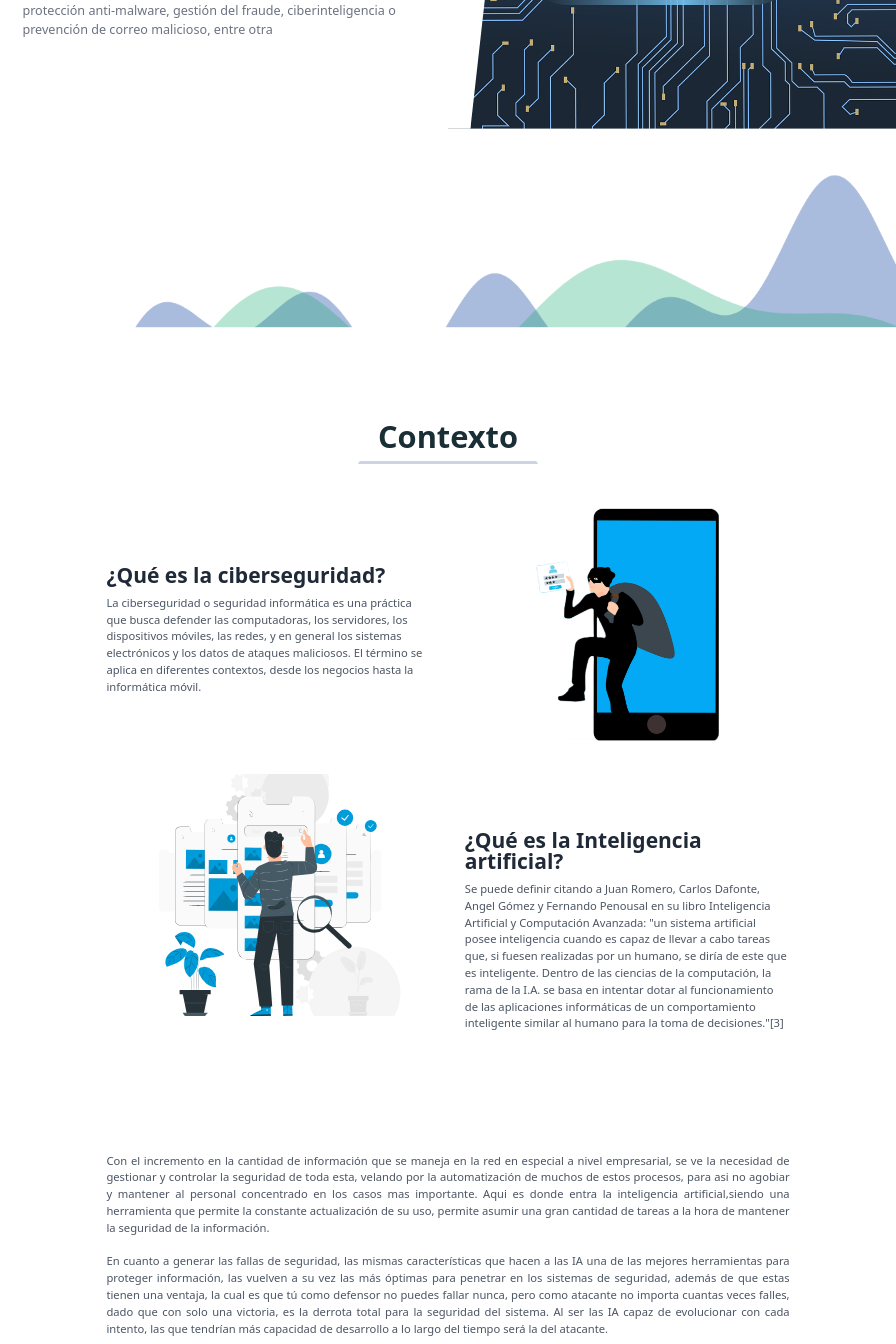
Repository: cardacar/fdi-2022
Page: /
These files come from the project's save history. The page is drawn as it stood at one moment and after the next save; the edit follows.
The browser window is 1280 px wide. The pictures show the part of the page from y = 674 to 2594 px (the page is 5482 px tall before and 5042 px after), at 70% of full size.
The project was rebuilt for these pictures with package versions that can differ from the ones it lists, and the page was loaded fresh each time. The framework's server and built-in components were replaced by stand-ins that run in the browser. Also part of the build but not shown: next.config.js.

Above is the page before, as saved 2022-08-07 16:12:03.

### src/pages/index.tsx
import React from 'react';

import About from '../components/About';
import Canvas from '../components/Canvas';
import Features from '../components/Features';
import Header from '../components/Header';
import LazyShow from '../components/LazyShow';
import MainHero from '../components/MainHero';
import MainHeroImage from '../components/MainHeroImage';
import Pricing from '../components/Pricing';
import Product from '../components/Product';
import Necesidad from '../components/Necesidad';

const App = () => {
  return (
    <div className={`bg-background grid gap-y-16 overflow-hidden`}>
      <div className={`relative bg-background`}>
        <div className="max-w-7xl mx-auto">
          <div
            className={`relative z-10 pb-8 bg-background sm:pb-16 md:pb-20 lg:max-w-2xl lg:w-full lg:pb-28 xl:pb-32`}
          >
            <Header />
            <MainHero />
          </div>
        </div>
        <MainHeroImage />
      </div>
      <Canvas />
      <LazyShow>
        <>
          <Product />
          <Canvas />
        </>
      </LazyShow>
      <LazyShow>
        <>
          <Features />
          <Canvas />
        </>
      </LazyShow>
      <LazyShow>
        <>
          <Necesidad />
          <Canvas />
        </>
      </LazyShow>

      <LazyShow>
        <Pricing />
      </LazyShow>
      <LazyShow>
        <>
          <Canvas />
          <About />
        </>
      </LazyShow>
    </div>
  );
};

export default App;

### src/styles/main.css
@tailwind base;
@tailwind components;
@tailwind utilities;


:root {
  --color-primary: #11626D;
  --color-secondary: #1F9BAD;
  --color-tertiaty: #99a0a3;
}

a {
  @apply text-blue-800;
}

a:hover {
  @apply border-b-2 border-blue-900;
}



.content p {
  @apply my-6;
}

.content ul {
  @apply my-6;
}

### src/utils/AppConfig.ts
export const AppConfig = {
  site_name: 'FDICIA',
  title: 'Cómo influye la Inteligencia Artificial a la ciberseguridad en las empresas Colombianas',
  description: '',
  locale: 'es',
};

### src/components/About.tsx
import React from 'react';

import config from '../config/index.json';

const About = () => {
  const { company } = config;
  const { logo, name: companyName } = company;


  return (
    <div
      id="about"
      className="mx-auto container xl:px-20 lg:px-12 sm:px-6 px-4 py-12"
    >
      <div className="flex flex-col items-center justify-center">
        <div>
          <img src={logo} alt={companyName} className="w-16 h-16" style={{color: 'red'}}/>
        </div>
        <div className="flex items-center mt-6">
          <p className="mt-6 text-xs lg:text-sm leading-none text-gray-900 dark:text-gray-50">
            &copy; {new Date().getFullYear()} Diseñado por{' '}
            <a href="#" rel="nofollow">
              Equipo de Fundamentos de investigación
            </a>
          </p>
        </div>
      </div>
    </div>
  );
};
export default About;

### src/components/Canvas.tsx
import { useRef, FC, useEffect, useState } from 'react';

import { CanvasContext } from '../hooks/useCanvas';
import useResponsiveSize from '../hooks/useResponsiveSize';
import Wave from './Wave';

const Canvas: FC = () => {
  const canvasRef = useRef<HTMLCanvasElement>(null);
  const { width } = useResponsiveSize();
  const [context, setContext] = useState<
    CanvasRenderingContext2D | undefined
  >();

  useEffect(() => {
    const ctx = canvasRef?.current?.getContext('2d');
    if (ctx) setContext(ctx);
  }, []);

  return (
    <>
      <CanvasContext.Provider value={{ context }}>
        <canvas id="canvas" ref={canvasRef} width={width} height={220}></canvas>
        <Wave />
      </CanvasContext.Provider>
    </>
  );
};

export default Canvas;

### src/components/Features.tsx
import React from 'react';

import config from '../config/index.json';

const Features = () => {
  const { features } = config;
  const { title, subtitle, description, items: featuresList } = features;
  return (
    <div className={`py-12 bg-background`} id="features">
      <div className="max-w-7xl mx-auto px-4 sm:px-6 lg:px-8">
        <div className="lg:text-center">
          <h2
            className={`text-base text-primary font-semibold tracking-wide uppercase`}
          >
            {title}
          </h2>
          <p className="mt-2 text-3xl leading-8 font-extrabold tracking-tight text-gray-900 sm:text-4xl">
            {subtitle}
          </p>
          <p className="mt-4 max-w-2xl text-xl text-gray-500 lg:mx-auto">
            {description}
          </p>
        </div>

        <div className="mt-10">
          <dl className="space-y-10 md:space-y-0 md:grid md:grid-cols-2 md:gap-x-8 md:gap-y-10">
            {featuresList.map((feature) => (
              <div key={feature.name} className="relative">
                <dt>
                  <div
                    className={`absolute flex items-center justify-center h-12 w-12 rounded-md bg-background text-tertiary border-primary border-4`}
                  >
                    <img
                      className={`inline-block h-6 w-6`}
                      src={feature.icon}
                      alt={feature.name}
                    />
                  </div>
                  <p className="ml-16 text-lg leading-6 font-medium text-gray-900">
                    {feature.name}
                  </p>
                </dt>
                <dd className="mt-2 ml-16 text-base text-gray-500">
                  {feature.description}
                </dd>
              </div>
            ))}
          </dl>
        </div>
      </div>
    </div>
  );
};

export default Features;

### src/components/Header.tsx
import React, { Fragment } from 'react';

import { Popover, Transition } from '@headlessui/react';
import { MenuIcon, XIcon } from '@heroicons/react/outline';
import { Link } from 'react-scroll';

import config from '../config/index.json';

const Menu = () => {
  const { navigation, company } = config;
  const { name: companyName, logo } = company;

  return (
    <>
      <svg
        className={`hidden lg:block absolute right-0 inset-y-0 h-full w-48 text-background transform translate-x-1/2`}
        fill="currentColor"
        viewBox="0 0 100 100"
        preserveAspectRatio="none"
        aria-hidden="true"
      >
        <polygon points="50,0 100,0 50,100 0,100" />
      </svg>

      <Popover>
        <div className="relative pt-6 px-4 sm:px-6 lg:px-8">
          <nav
            className="relative flex items-center justify-between sm:h-10 lg:justify-start"
            aria-label="Global"
          >
            <div className="flex items-center flex-grow flex-shrink-0 lg:flex-grow-0">
              <div className="flex items-center justify-between w-full md:w-auto">
                <a href="#">
                  <span className="sr-only">{companyName}</span>
                  <img alt="logo" className="h-16 w-auto sm:h-16" src={logo} />
                </a>
                <div className="-mr-2 flex items-center md:hidden">
                  <Popover.Button
                    className={`bg-background rounded-md p-2 inline-flex items-center justify-center text-gray-400 hover:text-gray-500 hover:bg-gray-100 focus:outline-none focus:ring-2 focus:ring-inset focus:ring-secondary`}
                  >
                    <span className="sr-only">Open main menu</span>
                    <MenuIcon className="h-6 w-6" aria-hidden="true" />
                  </Popover.Button>
                </div>
              </div>
            </div>
            <div className="hidden md:block md:ml-10 md:pr-4 md:space-x-8">
              {navigation.map((item) => (
                <Link
                  spy={true}
                  active="active"
                  smooth={true}
                  duration={1000}
                  key={item.name}
                  to={item.href}
                  className="font-medium text-gray-500 hover:text-gray-900"
                >
                  {item.name}
                </Link>
              ))}
            </div>
          </nav>
        </div>

        <Transition
          as={Fragment}
          enter="duration-150 ease-out"
          enterFrom="opacity-0 scale-95"
          enterTo="opacity-100 scale-100"
          leave="duration-100 ease-in"
          leaveFrom="opacity-100 scale-100"
          leaveTo="opacity-0 scale-95"
        >
          <Popover.Panel
            focus
            className="absolute z-10 top-0 inset-x-0 p-2 transition transform origin-top-right md:hidden"
          >
            <div
              className={`rounded-lg shadow-md bg-background ring-1 ring-black ring-opacity-5 overflow-hidden`}
            >
              <div className="px-5 pt-4 flex items-center justify-between">
                <div>
                  <img className="h-8 w-auto" src={logo} alt="" />
                </div>
                <div className="-mr-2">
                  <Popover.Button
                    className={`bg-background rounded-md p-2 inline-flex items-center justify-center text-gray-400 hover:text-gray-500 hover:bg-gray-100 focus:outline-none focus:ring-2 focus:ring-inset focus:ring-secondary`}
                  >
                    <span className="sr-only">Close main menu</span>
                    <XIcon className="h-6 w-6" aria-hidden="true" />
                  </Popover.Button>
                </div>
              </div>
              <div className="px-2 pt-2 pb-3 space-y-1">
                {navigation.map((item) => (
                  <Link
                    spy={true}
                    active="active"
                    smooth={true}
                    duration={1000}
                    key={item.name}
                    to={item.href}
                    className="block px-3 py-2 rounded-md text-base font-medium text-gray-700 hover:text-gray-900 hover:bg-gray-50"
                  >
                    {item.name}
                  </Link>
                ))}
              </div>

            </div>
          </Popover.Panel>
        </Transition>
      </Popover>
    </>
  );
};

export default Menu;

### src/components/LazyShow.tsx
import React, { MutableRefObject, useEffect, useRef, useState } from 'react';

import { motion, useAnimation } from 'framer-motion';

function useOnScreen(
  ref: MutableRefObject<HTMLDivElement | null>,
  rootMargin = '0px'
) {
  const [isIntersecting, setIntersecting] = useState(false);

  useEffect(() => {
    let currentRef: any = null;
    const observer = new IntersectionObserver(
      ([entry]) => {
        if (entry?.isIntersecting) setIntersecting(entry?.isIntersecting);
      },
      {
        rootMargin,
      }
    );
    if (ref && ref?.current) {
      currentRef = ref.current;
      observer.observe(currentRef);
    }
    return () => {
      observer.unobserve(currentRef);
    };
  }, [ref, rootMargin]); // Empty array ensures that effect is only run on mount and unmount

  return isIntersecting;
}

const LazyShow = ({ children }: { children: React.ReactChild }) => {
  const controls = useAnimation();
  const rootRef = useRef<HTMLDivElement>(null);
  const onScreen = useOnScreen(rootRef);
  useEffect(() => {
    if (onScreen) {
      controls.start({
        x: 0,
        opacity: 1,
        transition: {
          duration: 0.5,
          ease: 'easeOut',
        },
      });
    }
  }, [onScreen, controls]);
  return (
    <motion.div
      className="lazy-div"
      ref={rootRef}
      initial={{ opacity: 0, x: -50 }}
      animate={controls}
    >
      {children}
    </motion.div>
  );
};

export default LazyShow;

### src/components/MainHero.tsx
import React from 'react';

import config from '../config/index.json';

const MainHero = () => {
  const { mainHero } = config;
  return (
    <main className="mt-10 mx-auto max-w-7xl px-4 sm:mt-12 sm:px-6 md:mt-16 lg:mt-20 lg:px-8 xl:mt-28">
      <div className="sm:text-center lg:text-left">
        <h1 className="text-4xl tracking-tight font-extrabold text-gray-900 sm:text-5xl md:text-6xl">
          <span className="block xl:inline">{mainHero.title}</span>{' '}
          <span className={`block text-primary xl:inline`}>
            {mainHero.subtitle}
          </span>
        </h1>
        <p className="mt-3 text-base text-gray-500 sm:mt-5 sm:text-lg sm:max-w-xl sm:mx-auto md:mt-5 md:text-xl lg:mx-0">
          {mainHero.description}
        </p>
      </div>
    </main>
  );
};

export default MainHero;

### src/components/Product.tsx
import React from "react";

import config from "../config/index.json";
import Divider from "./Divider";

const Product = () => {
  const { product } = config;
  const [firstItem, secondItem] = product.items;

  return (
    <section className={`bg-background py-8`} id="product">
      <div className={`container max-w-5xl mx-auto m-8`}>
        <h1
          className={`w-full my-2 text-5xl font-bold leading-tight text-center text-primary`}
        >
          {product.title.split(" ").map((word, index) => (
            <span
              key={index}
              className={index % 2 ? "text-primary" : "text-border"}
            >
              {word}{" "}
            </span>
          ))}
        </h1>
        <Divider />
        <div className={`flex flex-wrap`}>
          <div className={`w-5/6 sm:w-1/2 p-6 mt-20`}>
            <h3
              className={`text-3xl text-gray-800 font-bold leading-none mb-3`}
            >
              {firstItem?.title}
            </h3>
            <p className={`text-gray-600`}>{firstItem?.description}</p>
          </div>
          <div className={`w-full sm:w-1/2 p-6`}>
            <img
              className="h-6/6"
              src={firstItem?.img}
              alt={firstItem?.title}
            />
          </div>
        </div>
        <div className={`flex flex-wrap flex-col-reverse sm:flex-row`}>
          <div className={`w-full sm:w-1/2 p-6`}>
            <img
              className="h-6/6"
              src={secondItem?.img}
              alt={secondItem?.title}
            />
          </div>
          <div className={`w-full sm:w-1/2 p-6 mt-20`}>
            <div className={`align-middle`}>
              <h3
                className={`text-3xl text-gray-800 font-bold leading-none mb-3`}
              >
                {secondItem?.title}
              </h3>
              <p className={`text-gray-600 mb-8`}>{secondItem?.description}</p>
            </div>
          </div>
          <div className={`w-full p-6 mt-20 text-center`}>
            <div className={`align-middle`}>
              <h3
                className={`text-3xl text-gray-800 font-bold leading-none mb-3`}
              >
              </h3>
              <p className={`text-gray-600 mb-8 text-justify`}>
                Con el incremento en la cantidad de información que se maneja en
                la red en especial a nivel empresarial, se ve la necesidad de
                gestionar y controlar la seguridad de toda esta, velando por la
                automatización de muchos de estos procesos, para asi no agobiar
                y mantener al personal concentrado en los casos mas importante.
                Aqui es donde entra la inteligencia artificial,siendo una
                herramienta que permite la constante actualización de su uso,
                permite asumir una gran cantidad de tareas a la hora de mantener
                la seguridad de la información.<br></br><br></br> En cuanto a generar las fallas
                de seguridad, las mismas características que hacen a las IA una
                de las mejores herramientas para proteger información, las
                vuelven a su vez las más óptimas para penetrar en los sistemas
                de seguridad, además de que estas tienen una ventaja, la cual es
                que tú como defensor no puedes fallar nunca, pero como atacante
                no importa cuantas veces falles, dado que con solo una victoria,
                es la derrota total para la seguridad del sistema. Al ser las IA
                capaz de evolucionar con cada intento, las que tendrían más
                capacidad de desarrollo a lo largo del tiempo será la del
                atacante.
              </p>
            </div>
          </div>
        </div>
      </div>
    </section>
  );
};

export default Product;

### src/components/Necesidad.tsx
import React from 'react';

import config from '../config/index.json';

const Necesidad = () => {
  const { Necesidad } = config;
  const { title, subtitle, description, items: featuresList } = Necesidad;
  return (
    <div className={`py-12 bg-background`} id="necesidad">
      <div className="max-w-7xl mx-auto px-4 sm:px-6 lg:px-8">
        <div className="lg:text-center">
          <h2
            className={`text-base text-primary font-semibold tracking-wide uppercase`}
          >
            {title}
          </h2>
          <p className="mt-2 text-3xl leading-8 font-extrabold tracking-tight text-gray-900 sm:text-4xl">
            {subtitle}
          </p>
          <p className="mt-4 max-w-2xl text-xl text-gray-500 lg:mx-auto">
            {description}
          </p>
        </div>

        <div className="mt-10">
          <dl className="space-y-10 md:space-y-0 md:grid md:grid-cols-2 md:gap-x-8 md:gap-y-10">
            {featuresList.map((feature) => (
              <div key={feature.name} className="relative">
                <dt>
                  <p className="ml-16 text-lg leading-6 font-medium text-gray-900">
                    {feature.name}
                  </p>
                </dt>
                <dd className="mt-2 ml-16 text-base text-gray-500">
                  {feature.description}
                </dd>
              </div>
            ))}
          </dl>
        </div>
      </div>
    </div>
  );
};

export default Necesidad;

### src/components/Wave.tsx
import { FC } from 'react';

import { useCanvasContext } from '../hooks/useCanvas';
import useResponsiveSize from '../hooks/useResponsiveSize';
import WaveObj from '../utils/wave';

const Wave: FC = () => {
  const { context } = useCanvasContext();
  const { width } = useResponsiveSize();
  const height = 600;
  let frequency = 0.013;
  const waves = {
    frontWave: new WaveObj([0.0211, 0.028, 0.015], 'rgb(44, 89, 171, 0.4)'),
    backWave: new WaveObj([0.0122, 0.018, 0.005], 'rgb(17, 169, 111, 0.3)'),
  };

  const render = () => {
    context?.clearRect(0, 0, width, height);
    Object.entries(waves).forEach(([, wave]) => {
      wave.draw(context!, width, height, frequency);
    });
    frequency += 0.013;
    requestAnimationFrame(render);
  };
  if (context) render();
  return null;
};

export default Wave;

Loaded but not shown: src/pages/_app.tsx (common file); src/pages/_document.tsx (common file); src/components/MainHeroImage.tsx (common file); src/hooks/useCanvas.ts (common file); src/hooks/useResponsiveSize.ts (common file); src/components/Divider.tsx (common file); src/utils/wave.ts (common file); src/config/index.json (126 lines, source omitted); tailwind.config.js (46 lines, source omitted); src/components/Pricing.tsx (156 lines, source omitted)

After the next save:
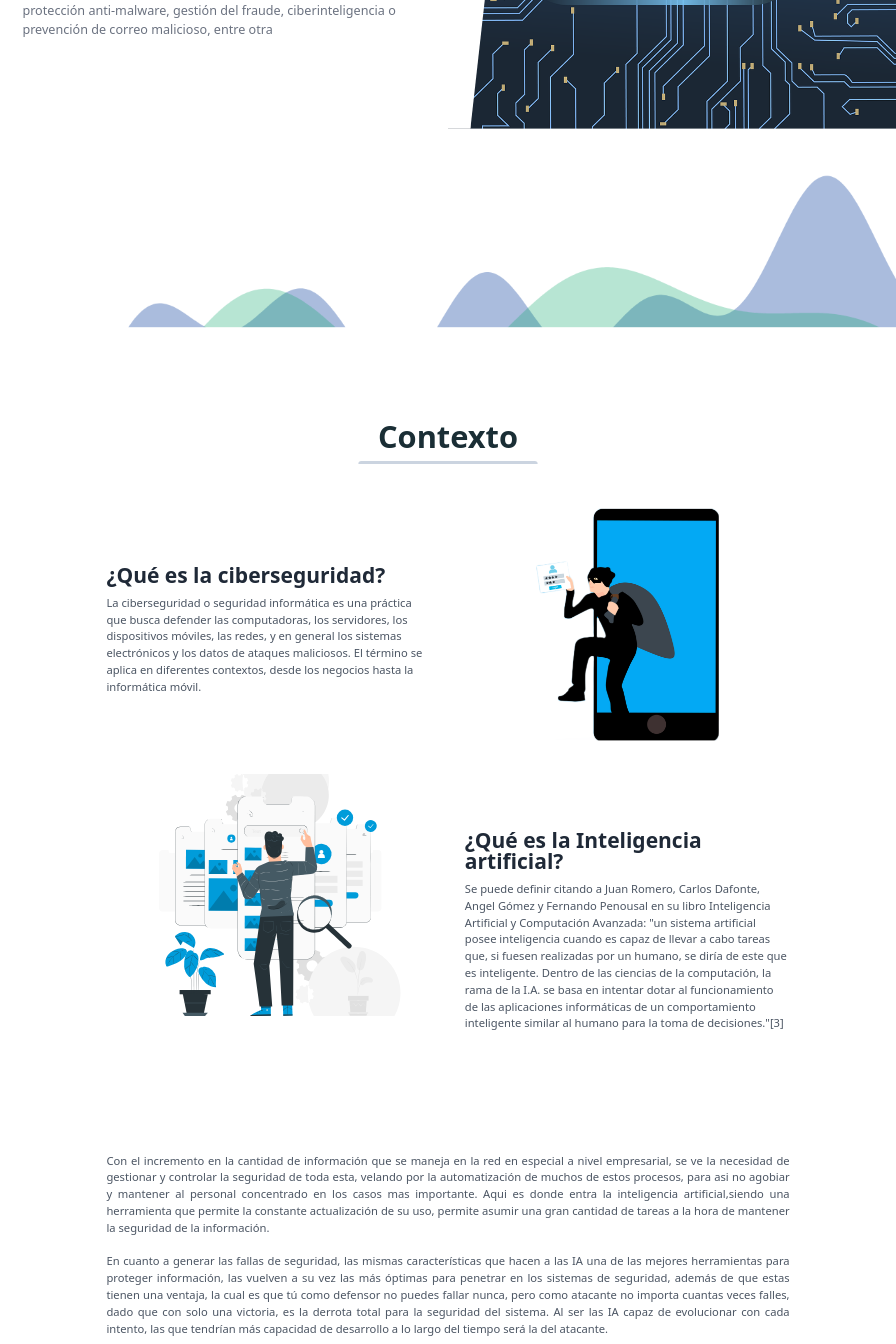
Saved 42 s later.
--- a/src/pages/index.tsx
+++ b/src/pages/index.tsx
@@ -35,13 +35,13 @@ const App = () => {
       <LazyShow>
         <>
           <Features />
-          <Canvas />
+
         </>
       </LazyShow>
       <LazyShow>
         <>
           <Necesidad />
-          <Canvas />
+
         </>
       </LazyShow>
 
